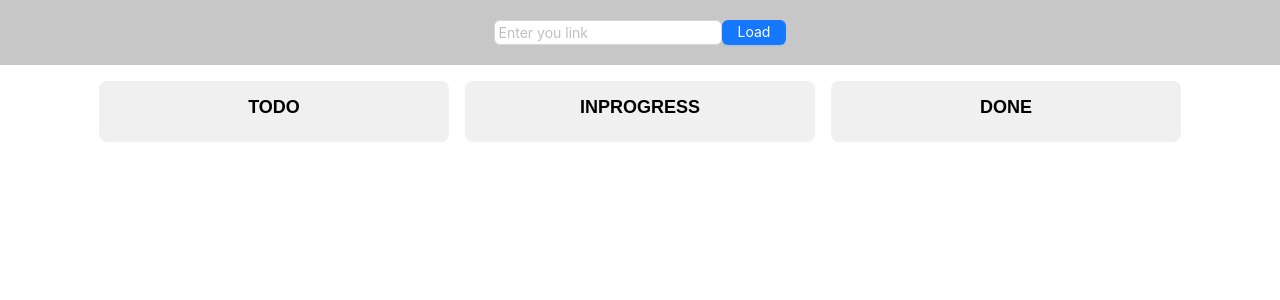
Repository: dVaselevsliy/kanban-test
Page: /
The author's editor kept a copy of each file at every save. The page is drawn from the files as they stood at one save, then again after the next save.
The browser window is 1280 px wide. The pictures show the whole page.
The project was rebuilt for these pictures with package versions that can differ from the ones it lists, and the page was loaded fresh each time. Also part of the build but not shown: vite.config.ts, src/helpers/timeAgo.js, src/components/Issue.tsx.

Above is the page before, as saved 2025-03-03 01:56:15.

### src/main.tsx
import { StrictMode } from 'react'
import { createRoot } from 'react-dom/client'
import App from './App.tsx'
import 'antd/dist/reset.css';
import './styles/styles.scss'
import { Provider } from 'react-redux'
import { store } from './redux/store.ts'

createRoot(document.getElementById('root')!).render(
  <StrictMode>
    <Provider store={store}>
      <App />
    </Provider>
  </StrictMode>,
)

### src/App.tsx
import React, { useEffect, useState } from "react"
import KanbanBoard from "./components/KanbanBoard"
import { useAppDispatch, useAppSelector } from "./redux/hooks"
import { setIssues, setLink, setQuery} from "./array/dataArray"
import { getGitHubLink } from "./api"
import { Button, Input } from 'antd';


function App() {
  const [error, setError] = useState('')
  const [loading, setLoading] = useState(false)

  const dispatch = useAppDispatch()
  const { query, link, issues } = useAppSelector(state => state.data)

  const submit = (query: string) => {
    dispatch(setLink(query))
  }

  const handleSubmit = (event: React.FormEvent) => {
    event.preventDefault();

    if (query.length === 0) {
      return
    }

    submit(query)

    reset()
  }

  const reset = () => {
    dispatch(setQuery(''))
    setError('')
  }

  useEffect(() => {
    if (!link) return

    setLoading(true)
    setError('')
  /*  check local storage for repo link if it has tasks already
      if has - take tasks from local storage
      if no - make a request
    */
    getGitHubLink(link)
      .then(issues => {
        dispatch(setIssues(issues))
      })
      .catch(() => setError('Failed to loud issues'))
      .finally(() => setLoading(false))
  }, [dispatch, link])

  return (
    <>
      <div>
        <form onSubmit={handleSubmit} className="form">
          <label htmlFor="query"></label>
          <Input
            value={query}
            onChange={(event) => {
              dispatch(setQuery(event.target.value))
            }}
            className="input"
            placeholder="Enter you link"
            id="query"
            type="text" />

          <Button
            color="default"
            htmlType="submit"
            type="primary"
            className="button"
            loading={loading}
          >
            Load
          </Button>
          {error && error}
        </form>
        <KanbanBoard issues={issues} repoUrl={link} />
      </div>
    </>
  )
}

export default App

### src/styles/styles.scss
* {
  box-sizing: border-box;
}

body {
  margin: 0;
  padding: 0;
}

.form {
  display: flex;
  justify-content: center;
  padding-block: 20px;
  background-color: #c7c7c7;
}

.input {
  height: 25px;
  width: 100%;
  max-width: fit-content;
  padding: 4px;
}

.button {
  height: 25px;
}

.colums > div {
  flex: 1;
  display: flex;
  flex-direction: column;
}

.colums {
  display: flex;
  justify-content: center;
  align-items: stretch;
  gap: 20px;
  width: 100%;

  &__name {
    text-align: center;
  }

  &__container {
    background-color: #d1d2d7;
    margin: 20px;
    border: 1px solid;
    flex-grow: 1;
    display: flex;
    flex-direction: column;
    align-items: center;
  }
}

.issue {
  border: 1px solid black;
  display: flex;
  flex-direction: column;
  width: 100%;
  margin: auto;
  padding: 15px;
  margin: 20px 0;
  border-radius: 16px;
  background-color: white;
  cursor: grab;

  &__title {
    text-align: left;
    font-size: 14px;
    font-weight: 400;
    margin: 0;
    margin-block: 5px;
    font-weight: bold;
  }

  &__description {
    text-align: left;
    font-size: 14px;
    font-weight: 400;
    margin: 0;
    margin-block: 5px;
  }

  &__second-section {
    display: flex;
    align-items: baseline;
    gap: 5px;
  }

  &__id {
    margin: 0;
    font-size: 14px;
  }

  &__third-section {
    display: flex;
    gap: 10px;
    width: 100%;
  }

  &__link {
    margin: 0;
  }
}

.kanban-container {
  display: flex;
  justify-content: center;
  gap: 16px;
  padding: 16px;
}

.kanban-column {
  max-width: 350px;
  width: 33.3%;
  padding: 16px;
  background-color: #f0f0f0;
  border-radius: 8px;
}

.kanban-title {
  font-size: 18px;
  font-weight: bold;
  margin-bottom: 8px;
  text-align: center;
}

.kanban-task {
  padding: 8px;
  background-color: white;
  border-radius: 4px;
  box-shadow: 0 2px 4px rgba(0, 0, 0, 0.1);
  margin-bottom: 8px;
  cursor: pointer;
}

.kanban-task:active {
  opacity: 0.7;
}

.kanban-new-task {
  width: 33.3%;
  padding: 16px;
}

.kanban-input {
  width: 100%;
  padding: 8px;
  border: 1px solid #ccc;
  border-radius: 4px;
}

.kanban-button {
  width: 100%;
  margin-top: 8px;
  padding: 8px;
  background-color: #007bff;
  color: white;
  border: none;
  border-radius: 4px;
  cursor: pointer;
}

.kanban-button:hover {
  background-color: #0056b3;
}

### src/redux/store.ts
import { configureStore } from "@reduxjs/toolkit";
import dataReducer from "../../src/array/dataArray";

export const store = configureStore({
  reducer: {
    data: dataReducer,
  },
});

export type AppDispatch = typeof store.dispatch;
export type RootState = ReturnType<typeof store.getState>;

### src/components/KanbanBoard.tsx
import { useEffect, useState } from "react";
import Task from "./Issue";
import { IssueType } from "../type/IssueType";
import { } from 'antd';

const initialTasks = {
  todo: [],
  inProgress: [],
  done: [],
};

interface Props {
  issues: IssueType[],
  repoUrl: string
}

export default function KanbanBoard({ issues, repoUrl }: Props) {
  const [tasks, setTasks] = useState(initialTasks);
  const [draggedTask, setDraggedTask] = useState(null);
  const [draggedOverTask, setDraggedOverTask] = useState(null);

  useEffect(() => {
    const storedTasks = localStorage.getItem(`kanban-${repoUrl}`)
    if (storedTasks) {
      setTasks(JSON.parse(storedTasks))
    } else {
      const newTasks = {
        todo: issues.filter(issue => issue.state === 'open' && !issue.assignee),
        inProgress: issues.filter(issue => issue.state === 'open' && issue.assignee),
        done: issues.filter(issue => issue.state === 'closed')
      }
      setTasks(newTasks)
    }
  }, [issues, repoUrl])

  useEffect(() => {
    localStorage.setItem(`kanban-${repoUrl}`, JSON.stringify(tasks))
  }, [tasks, repoUrl])

  const handleDragStart = (task: IssueType, column: string) => {
    setDraggedTask({ task, column });
  };

  const handleDragOver = (task: IssueType) => {
    setDraggedOverTask(task);
  };

  const handleDrop = (column: string) => {
    if (!draggedTask) return;

    const { task, column: fromColumn } = draggedTask;

    if (fromColumn === column) {
      const updatedColumn = [...tasks[column]];
      const fromIndex = updatedColumn.indexOf(task);
      const toIndex = updatedColumn.indexOf(draggedOverTask);

      updatedColumn.splice(fromIndex, 1);
      updatedColumn.splice(toIndex, 0, task);

      setTasks({ ...tasks, [column]: updatedColumn });
      /* local storage */
    } else {
      const updatedFromColumn = tasks[fromColumn].filter((t) => t !== task);
      const updatedToColumn = [...tasks[column]];
      const toIndex = draggedOverTask ? updatedToColumn.indexOf(draggedOverTask) : updatedToColumn.length;

      updatedToColumn.splice(toIndex, 0, task);

      setTasks({
        ...tasks,
        [fromColumn]: updatedFromColumn,
        [column]: updatedToColumn,
      });
      /* local storage - tasks for each repo
        {
          repo1URl: [
          ...
          ],
          repo2URl: [
          ...
          ],
        }
      */
    }

    setDraggedTask(null);
    setDraggedOverTask(null);
  };

  const columns = ["todo", "inProgress", "done"];

  return <div className="kanban-container">
      {columns.map((col) => (
        <div
          key={col}
          className="kanban-column"
          onDragOver={(e) => e.preventDefault()}
          onDrop={() => handleDrop(col)}
        >
          <h2 className="kanban-title">{col.toUpperCase()}</h2>
          {tasks[col].map((task) => (
            <Task
              key={task.id}
              issue={task}
              col={col}
              handleDragStart={handleDragStart}
              handleDragOver={handleDragOver}
            />
          ))}
        </div>
      ))}
    </div>
}

### src/redux/hooks.ts
import { TypedUseSelectorHook, useDispatch, useSelector } from "react-redux";
import { AppDispatch } from "./store";
import { RootState } from "@reduxjs/toolkit/query";

export const useAppDispatch = () => useDispatch<AppDispatch>()
export const useAppSelector: TypedUseSelectorHook<RootState> = useSelector

### src/array/dataArray.ts
import { createSlice, PayloadAction } from "@reduxjs/toolkit"
import { IssueType } from "../type/IssueType"

type DataType = {
  query: string
  link: string
  issues: IssueType[]
}

const initialState: DataType = {
  query: '',
  link: '',
  issues: [],
}

const dataSlice = createSlice({
  name: 'data',
  initialState,
  reducers: {
    setQuery: (state, action: PayloadAction<string>) => {
      state.query = action.payload
    },
    setLink: (state, action: PayloadAction<string>) => {
      state.link = action.payload
    },
    setIssues: (state, action: PayloadAction<IssueType[]>) => {
      state.issues = action.payload
    }
  }
})

export default dataSlice.reducer
export const { setQuery, setLink, setIssues } = dataSlice.actions;

### src/api.ts
export function getGitHubLink(link: string) {
  try {
    const repoPath = new URL(link).pathname.replace(/^\//, "");
    const url = `https://api.github.com/repos/${repoPath}/issues`

    return fetch(url, {
      headers: {
        "Accept": "application/vnd.github.v3+json",
      },
    })
      .then(res => res.json())
      .catch(() => 'Link loading Error')
  } catch {
    return Promise.resolve({error: 'Invalid URL'})
  }
}

Loaded but not shown: index.html (common file)

After the next save:
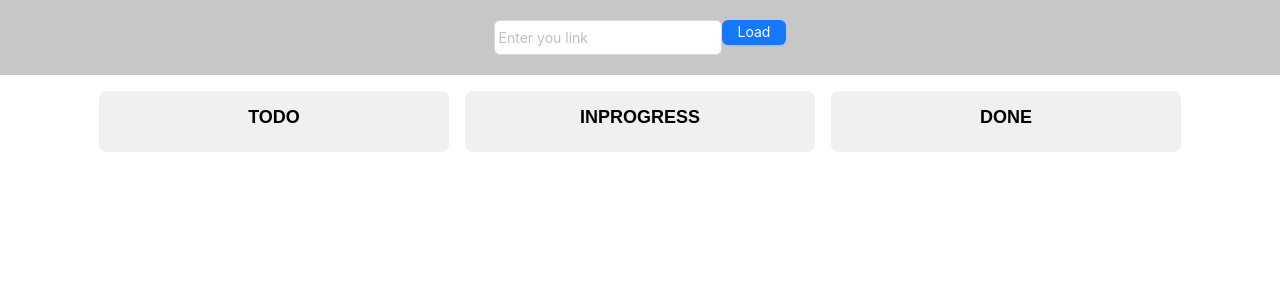
Saved 28 s later.
--- a/src/styles/styles.scss
+++ b/src/styles/styles.scss
@@ -15,7 +15,7 @@ body {
 }
 
 .input {
-  height: 25px;
+  height: 35px;
   width: 100%;
   max-width: fit-content;
   padding: 4px;
